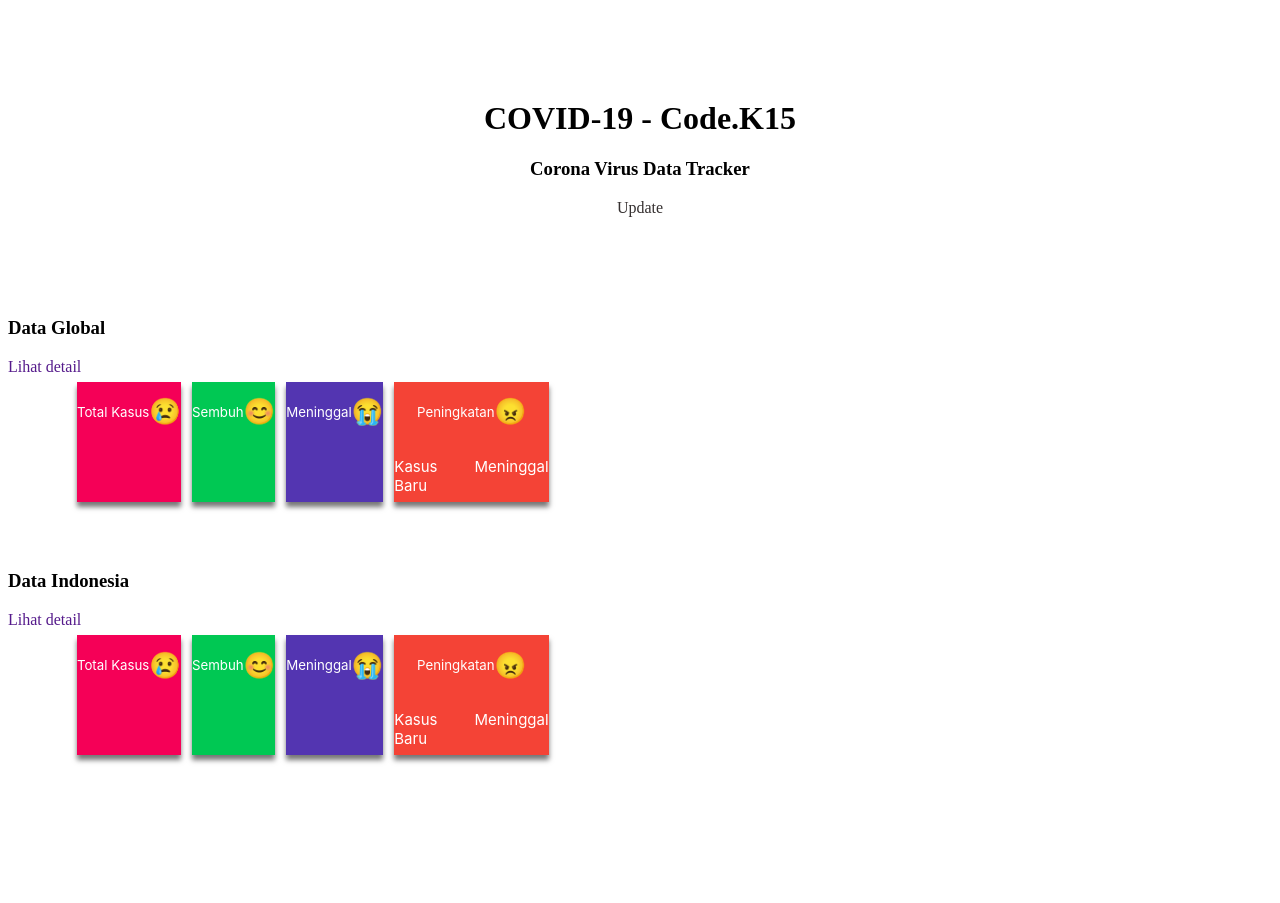
Repository: fathur15/covid19-monitoring
Page: http://localhost/covid19/apps/views/data/main/dashboard.php
The author's editor kept a copy of each file at every save. The page is drawn from the files as they stood at one save, then again after the next save.
The browser window is 1280 px wide. The pictures show the whole page.
The page is run by PHP 8.4 with error messages shown; the project is at /var/www/html/.

Above is the page before, as saved 2020-04-14 12:46:48.

### apps/views/data/main/dashboard.php

<style>

    #resumeGlobal p, h5{
        color: white;
        font-weight: 400;
        font-family: -apple-system, BlinkMacSystemFont, 'Segoe UI', Roboto, Oxygen, Ubuntu, Cantarell, 'Open Sans', 'Helvetica Neue', sans-serif
    }
    #resumeIndonesia p, h5{
        color: white;
        font-weight: 400;
        font-family: -apple-system, BlinkMacSystemFont, 'Segoe UI', Roboto, Oxygen, Ubuntu, Cantarell, 'Open Sans', 'Helvetica Neue', sans-serif
    }
    .shadow-box{
        -webkit-box-shadow: 0 15px 10px #777;
        -moz-box-shadow: 0 15px 10px #777;
        box-shadow: 0 5px 5px #777;

    }
    .content-main-wrapper{
        margin: 5% 0;
    }
    /* .shadow-box:after{
        -webkit-transform: rotate(3deg);
        -moz-transform: rotate(3deg);
        -o-transform: rotate(3deg);
        -ms-transform: rotate(3deg);
        transform: rotate(3deg);
        right: 10px;
        left: auto;
    } */

</style>
<div class="content">
    <div class="heading" style="margin: 100px 30%; text-align: center">
        <h1>COVID-19 - Code.K15</h1>
        <h3>Corona Virus Data Tracker</h3>
        <p id="date-update" style="color: #353030;">Update</p>
    </div>
    <div class="main">
        <div class="container">
            <div class="row content-main-wrapper">
                <div class="head-main-content">
                    <h3>Data Global</h3>
                    <a style="text-decoration: none" href="">Lihat detail  <i class="fas fa-long-arrow-alt-right" aria-hidden="true"></i></a>
                </div>
                <div  id="resumeGlobal" class="" style="width: 90%; display: flex; margin: 0 5%;" >
                    <div class="card col-sm-3 shadow-box" style="background: #f50057; margin: 0.5%; align-items: center; height: 120px ">
                        <div class="card-body">
                            <div style="flex-direction: row; display: flex; justify-content: center; align-items: center">
                                <h5 id="title-kasus-global" class="card-text">Total Kasus</h5>
                                <span style="color: black; font-size: 25px; text-shadow: 0 0 0 yellow">&#x1F622</span>
                            </div>
                            <p class="card-text" id="kasus-global"></p>
                        </div>
                    </div>
                    <div class="card col-sm-3 shadow-box" style="background: #00c853; margin: 0.5%; align-items: center; height: 120px ">
                        <div class="card-body">
                            <div style="flex-direction: row; display: flex; justify-content: center; align-items: center">
                                <h5 id="title-kasus-global" class="card-text">Sembuh</h5>
                                <span style="color: black; font-size: 25px; text-shadow: 0 0 0 yellow">&#x1F60A</span>
                            </div>
                            <p class="card-text" id="sembuh-global"></p>
                            <!-- <p style="">Orang</p> -->
                        </div>
                    </div>
                    <div class="card col-sm-3 shadow-box" style="margin: 0.5%; height: 120px;align-items: center;  background :#5335b1">
                        <div class="card-body">
                            <div style="flex-direction: row; display: flex; justify-content: center; align-items: center;">
                                <h5 id="title-kasus-global" class="card-text">Meninggal</h5>
                                <span style="color: black; font-size: 25px; text-shadow: 0 0 0 yellow">&#x1F62D</span>
                            </div>
                            <p class="card-text" id="meninggal-global"></p>
                            <!-- <p style="">Orang</p> -->
                        </div>
                    </div>
                    <div class="card col-sm-3 shadow-box" style="margin: 0.5%; height: 120px; background: #f44336">
                        <div class="card-body">
                            <div style="flex-direction: row; display: flex; justify-content: center; align-items: center;">
                                <h5 id="title-kasus-global" class="card-text">Peningkatan</h5>
                                <span style="color: black; font-size: 25px; text-shadow: 0 0 0 yellow">&#x1F620</span>
                            </div>
                            <div style="flex-direction: row; display: flex;">
                                <p style="font-size: 15px">Kasus Baru</p>
                                <p style="margin-left: 10%; font-size: 15px">Meninggal </p>
                            </div>
                            <div style="display: flex; margin-top: -9%">
                                <p style="font-size: 15px" class="card-text" id="kasus-baru-global"></p>
                                <p style="margin-left: 10%; font-size: 15px" class="card-text" id="meninggal-baru-global"></p>
                            </div>
                        </div>
                    </div>
                </div>
            </div>
            <div class="row content-main-wrapper" >
                <div class="head-main-content">
                    <h3>Data Indonesia</h3>
                    <a style="text-decoration: none" href="">Lihat detail  <i class="fas fa-long-arrow-alt-right" aria-hidden="true"></i></a>
                </div>
                <div  id="resumeIndonesia" class="" style="width: 90%; display: flex; margin: 0 5%;" >
                    <div class="card col-sm-3 shadow-box" style="background: #f50057; margin: 0.5%; align-items: center; height: 120px ">
                        <div class="card-body">
                            <div style="flex-direction: row; display: flex; justify-content: center; align-items: center">
                                <h5 id="title-kasus-indonesia" class="card-text">Total Kasus</h5>
                                <span style="color: black; font-size: 25px; text-shadow: 0 0 0 yellow">&#x1F622</span>
                            </div>
                            <p style="font-size: 14px" class="card-text" id="kasus-indonesia"></p>
                        </div>
                    </div>
                    <div class="card col-sm-3 shadow-box" style="background: #00c853; margin: 0.5%; align-items: center; height: 120px ">
                        <div class="card-body">
                            <div style="flex-direction: row; display: flex; justify-content: center; align-items: center">
                                <h5 id="title-kasus-indonesia" class="card-text">Sembuh</h5>
                                <span style="color: black; font-size: 25px; text-shadow: 0 0 0 yellow">&#x1F60A</span>
                            </div>
                            <p class="card-text" id="sembuh-indonesia"></p>
                        </div>
                    </div>
                    <div class="card col-sm-3 shadow-box" style="margin: 0.5%; height: 120px;align-items: center;  background :#5335b1">
                        <div class="card-body">
                            <div style="flex-direction: row; display: flex; justify-content: center; align-items: center;">
                                <h5 id="title-kasus-indonesia" class="card-text">Meninggal</h5>
                                <span style="color: black; font-size: 25px; text-shadow: 0 0 0 yellow">&#x1F62D</span>
                            </div>
                            <p class="card-text" id="meninggal-indonesia"></p>
                        </div>
                    </div>
                    <div class="card col-sm-3 shadow-box" style="margin: 0.5%; height: 120px; background: #f44336">
                        <div class="card-body">
                            <div style="flex-direction: row; display: flex; justify-content: center; align-items: center;">
                                <h5 id="title-kasus-indonesia" class="card-text">Peningkatan</h5>
                                <span style="color: black; font-size: 25px; text-shadow: 0 0 0 yellow">&#x1F620</span>
                            </div>
                            <div style="flex-direction: row; display: flex;">
                                <p style="font-size: 15px">Kasus Baru</p>
                                <p style="margin-left: 10%; font-size: 15px">Meninggal </p>
                            </div>
                            <div style="display: flex; margin-top: -9%">
                                <p style="font-size: 15px" class="card-text" id="kasus-baru-indonesia"></p>
                                <p style="margin-left: 10%; font-size: 15px" class="card-text" id="meninggal-baru-indonesia"></p>
                            </div>
                        </div>
                    </div>
                </div>
            </div>
            <div class="row content-main-wrapper" >
                <h5>Perkembangan Kasus COVID-19 di Indonesia Hari ini</h5>
            </div>
        </div>
    </div>
</div>

After the next save:
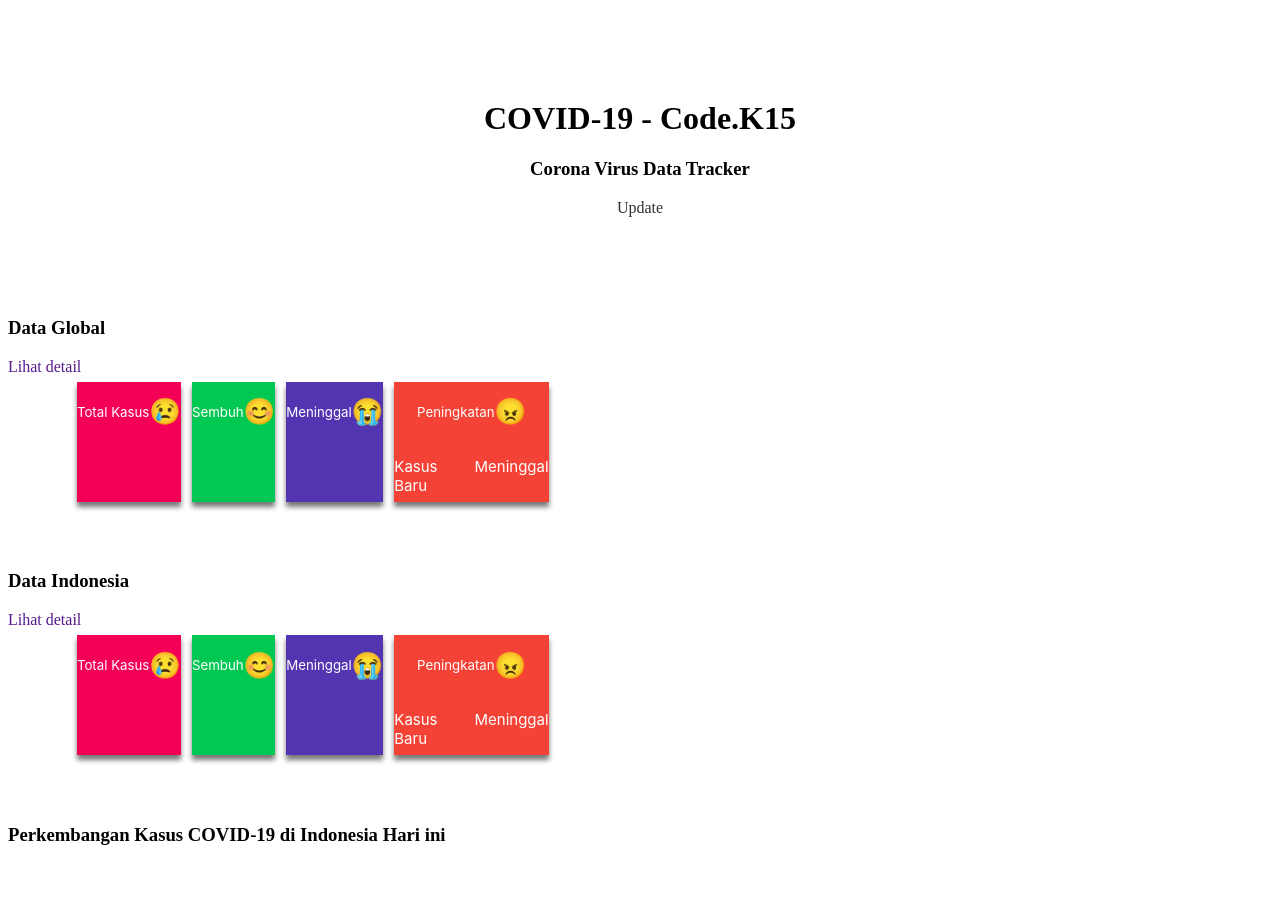
Saved 29 s later.
--- a/apps/views/data/main/dashboard.php
+++ b/apps/views/data/main/dashboard.php
@@ -144,7 +144,9 @@
                 </div>
             </div>
             <div class="row content-main-wrapper" >
-                <h5>Perkembangan Kasus COVID-19 di Indonesia Hari ini</h5>
+                 <div class="head-main-content">
+                    <h3>Perkembangan Kasus COVID-19 di Indonesia Hari ini</h3>
+                </div>
             </div>
         </div>
     </div>
